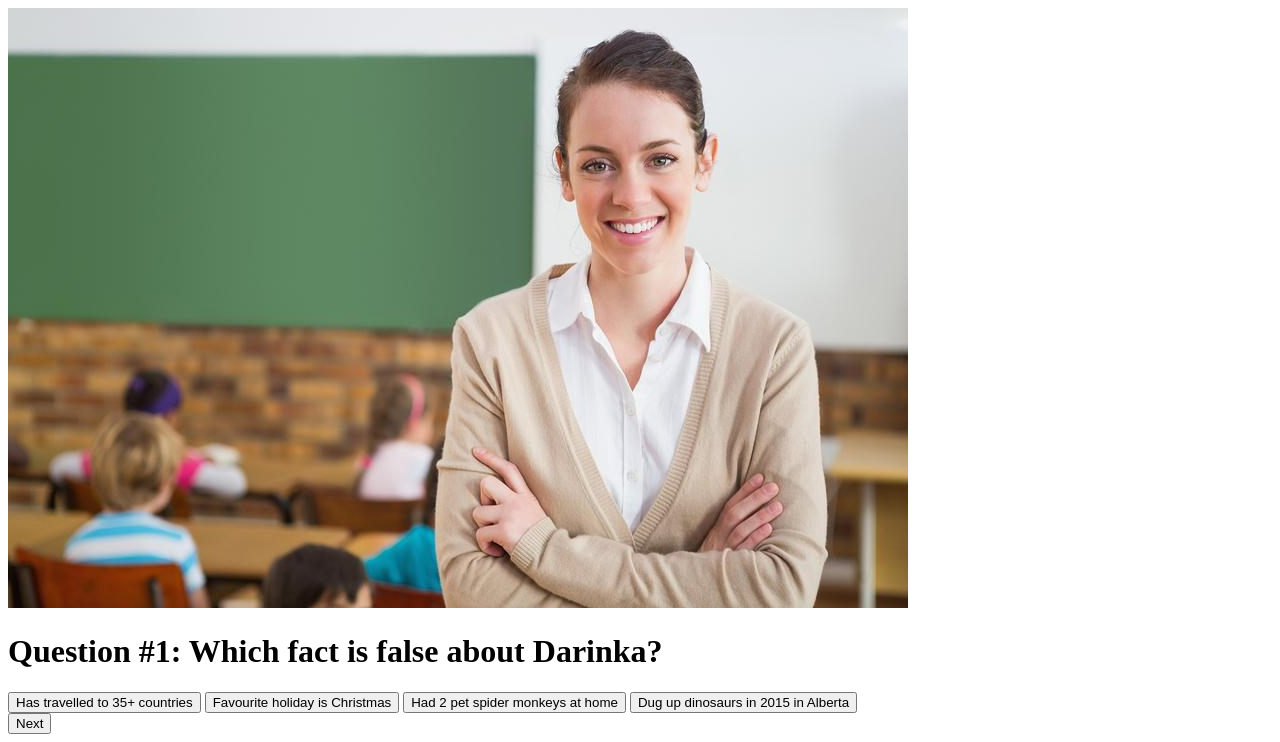
Repository: RenataDzotova/Trivia-BCIT
Page: http://localhost/q1
An editor plug-in stored every save of this project. The page is shown before and after the next save, followed by the edit.
The browser window is 1280 px wide. The pictures show the whole page.
The page is served by the project's Node server (index.js).

Above is the page before, as saved 2022-11-02 18:36:52.

After the next save:
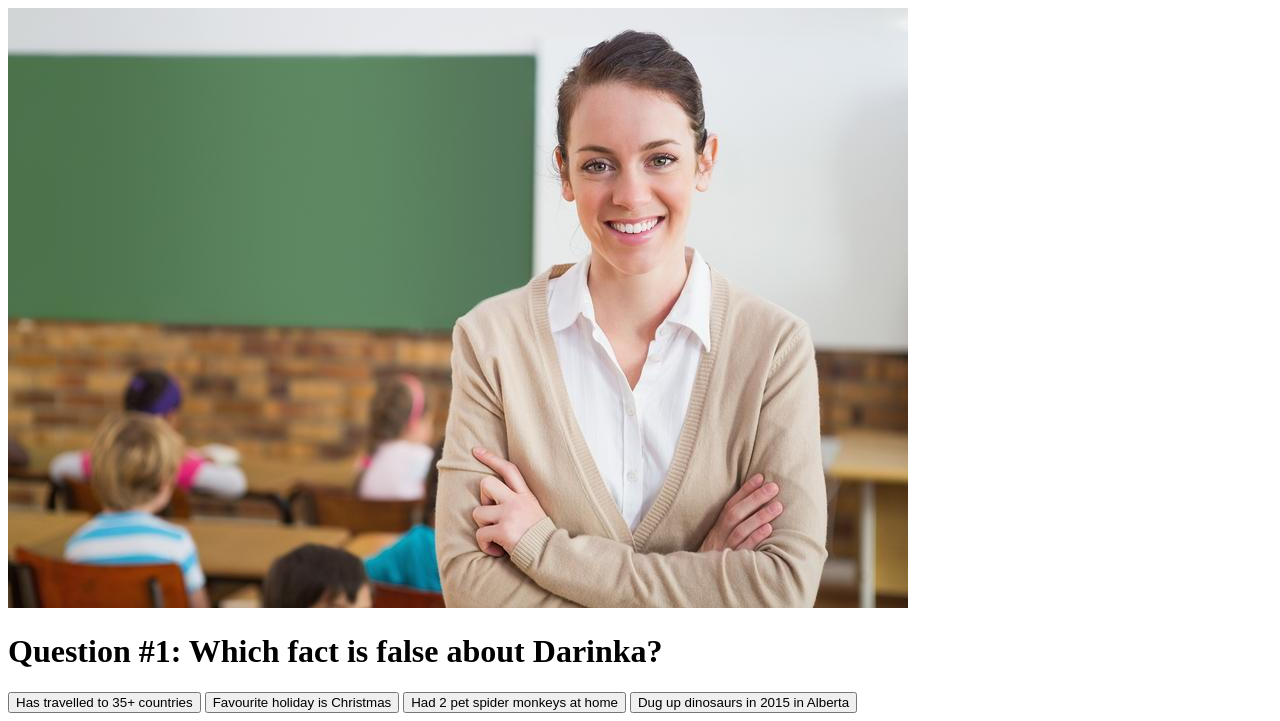
Saved 9 s later.
--- a/views/questionOne.html
+++ b/views/questionOne.html
@@ -33,7 +33,7 @@
     <button onclick="SendAnswer(3,1)">Had 2 pet spider monkeys at home</button>
     <button onclick="SendAnswer(4,1)">Dug up dinosaurs in 2015 in Alberta</button>
     <div>
-        <button class="">Next</button>
+        <button class="defaultNextButton">Next</button>
     </div>
     <script>
         var answerDiv = document.querySelector("div")
